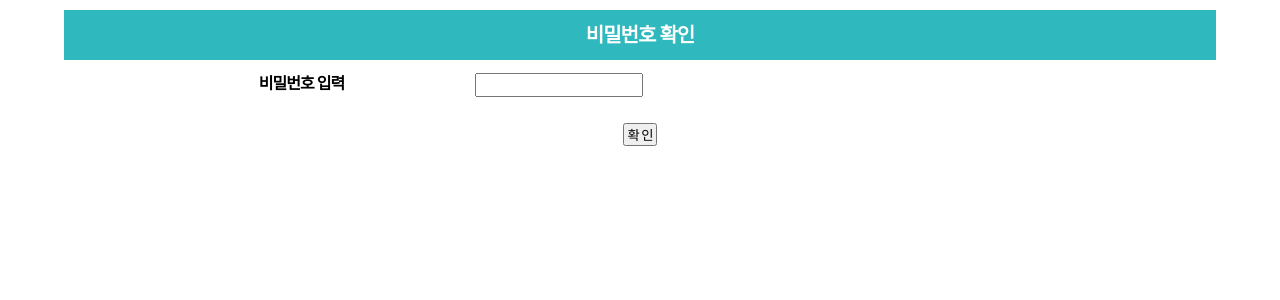
Repository: InhoKang92/jsp_1018
Page: http://localhost/Web_01/review/reviewCheckPass.jsp
An editor plug-in stored every save of this project. The page is shown before and after the next save, followed by the edit.
The browser window is 1280 px wide. The pictures show the whole page.
Some web fonts or font styles are not loaded; a fallback is used. The page is served by Tomcat 9. Other server files are loaded and not shown.

Above is the page before, as saved 2024-10-17 01:51:50.

### Web_01/src/main/webapp/review/reviewCheckPass.jsp
<%@ page language="java" contentType="text/html; charset=UTF-8"
pageEncoding="UTF-8"%>
<!DOCTYPE html>
<html>
<head>
<meta charset="UTF-8">

<link rel="stylesheet" href="css/reset.css">
<link rel="stylesheet" href="css/idcheck.css">
<script type="text/javascript" src="script/review.js"></script>

<title>Insert title here</title>
</head>
<body>

<div align="center">
      <h1 class="title_box">비밀번호 확인</h1>
      <form action="ModernServlet" name="frm" method="get">
        <input type="hidden" name="command" value="review_check_pass">
        <input type="hidden" name="num" value="${param.num}">
        <table style="width: 80%">
          <tr>
            <th>비밀번호 입력</th>
            <td><input type="password" name="pass" size="20"></td>
          </tr>
        </table>
        <br>
        <input type="submit" value=" 확 인 " onclick="return passCheck()"> <br>
        <br>${message}
      </form>
     </div>

</body>
</html>

### Web_01/src/main/webapp/css/reset.css
@charset "utf-8";

@font-face {
    font-family: 'Pretendard-Regular';
    src: url('https://fastly.jsdelivr.net/gh/Project-Noonnu/noonfonts_2107@1.1/Pretendard-Regular.woff') format('woff');
    font-weight: 400;
    font-style: normal;
}

/* CSS 리셋 */
* {
    margin: 0;
    padding: 0;
    color: #000;
    list-style: none;
    text-decoration: none;
    box-sizing: border-box;
    line-height: 1.5;
    letter-spacing: -1px;
    font-family: 'Pretendard-Regular';
}

### Web_01/src/main/webapp/css/idcheck.css
@charset "utf-8";

.title_box {
    width: 90%;
    background-color: #2fb8bd;
    border: none;
    color: #fff;
    font-size: 20px;
    padding: 10px;
    text-align: center;
    margin: 10px auto;
}

.input_box {
    width: 90%;
    display: flex;
    margin: 10px auto 0;
}

.input_box>.id_input {
    display: inline-block;
    flex: 4;
    border: 2px solid #ddd;
    padding: 10px;
    font-size: 18px;
    margin-bottom: 10px;
}

.input_box>.idcheck_btn {
	display: inline-block;
	margin-left: 10px;
	flex: 1;
	border: none;
	background-color: #2fb8bd;
	color: #fff;
	padding: 10px;
    font-size: 16px;
    height: 50px;
    cursor: pointer;
}

.textbox {
	display: flex;
	width: 90%;
	margin: 0 auto;
}
.text {
	display: inline-block;
	font-size: 18px;
	flex: 4;
	padding: 10px;
}
.use {
	display: inline-block;

	flex: 1;
	margin-left: 10px;
	border: none;
	background-color: #2fb8bd;
	color: #fff;
	padding: 10px;
    font-size: 16px;
    height: 50px;
    cursor: pointer;
}

### Web_01/src/main/webapp/script/review.js
function reviewCheck() {
	if (document.frm.username.value.length == 0) {
		alert("작성자를 입력하세요.");
		return false;
	}
	if (document.frm.pass.value.length == 0) {
		alert("비밀번호를 입력하세요.");
		return false;
	}

	return true;
}

function open_win(url, name) {
	window.open(url, name, "width=500, height=230");
}

function passCheck() {
	if (document.frm.pass.value.length == 0) {
		alert("비밀번호를 입력하세요.");
		return false;
	}
	return true;
}

After the next save:
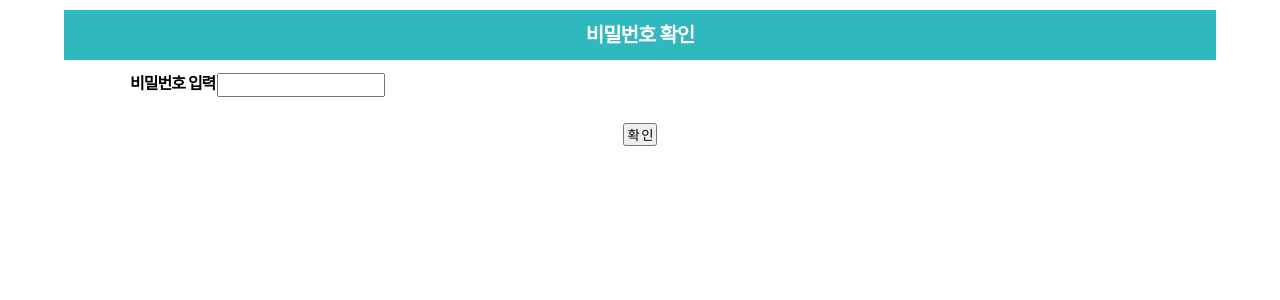
Saved 12 s later.
--- a/Web_01/src/main/webapp/review/reviewCheckPass.jsp
+++ b/Web_01/src/main/webapp/review/reviewCheckPass.jsp
@@ -18,7 +18,7 @@ pageEncoding="UTF-8"%>
       <form action="ModernServlet" name="frm" method="get">
         <input type="hidden" name="command" value="review_check_pass">
         <input type="hidden" name="num" value="${param.num}">
-        <table style="width: 80%">
+        <table class="input_box" style="width: 80%">
           <tr>
             <th>비밀번호 입력</th>
             <td><input type="password" name="pass" size="20"></td>
